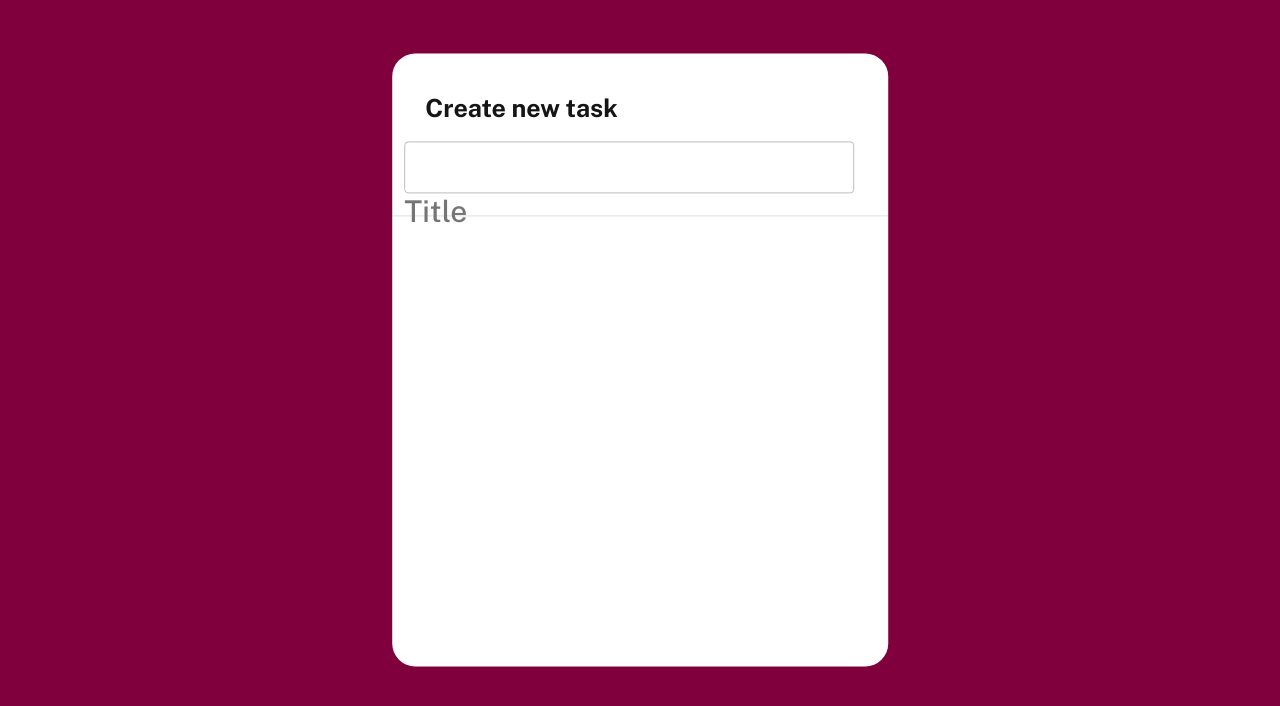
Repository: MorgunovaAlexandra/verstka-form
Page: index.html
These files come from the project's save history. The page is drawn as it stood at one moment and after a run of saves; the edit follows.
The browser window is 1280 px wide. The pictures show the whole page.
The style sheet was rebuilt from its Sass, Less or Tailwind sources for each picture, by a compiler version that may differ from the author's.

Above is the page before, as saved 2022-06-24 12:28:08.

### index.html
<!DOCTYPE html>
<html lang="ru">
<head>
    <meta charset="UTF-8">
    <meta http-equiv="X-UA-Compatible" content="IE=edge">
    <meta name="viewport" content="width=device-width, initial-scale=1.0">
    <link rel="stylesheet" href="./css/style.css">
    <title>Document</title>
</head>
<body>
    <div class="wrapper">
       <form class="form">
           <div class="fieldset">
            <legend><b>Create new task</b></legend>
            <div class="text-field">
                <input class="text-field__input" type="text" name="firstname" id="firstname"
                >
                <label class="text-field__label" for="username">Title</label>
              </div>
           </div>
        </form>
    </div>
</body>
</html>

### scss/style.scss
@import "variables";
@import "mixins";
@import url('https://fonts.googleapis.com/css2?family=Public+Sans:wght@500;700&display=swap');
body {
   @include vov(rgb(128, 0, 62));
   font-family:$fontFamily ;
   font-weight: $fontWaight;
   line-height: $lineHeight;
   color:$ColorGrey;
}
.form{
    width: 495.55px;
    height: 613.21px;
    background-color: white;
    border-radius: 23px;
     box-sizing: border-box;
    position: fixed; top: 50%; left: 50%;
    -webkit-transform: translate(-50%, -50%);
    -ms-transform: translate(-50%, -50%);
    transform: translate(-50%, -50%);
}
legend{
    margin-top: 40px;
    margin-left: 31px;
    font-weight: 700;
    font-size: 25px;
    color:$ColorBlack;
}
.text-field{
    position: relative;
    border: none;
      border-bottom: 1px solid #bdbdbd;
      border-radius: 0;
      border-top-left-radius: 0.25rem;
      border-top-right-radius: 0.25rem;
      height: calc(3.5rem + 2px);
      line-height: 1.25;
      padding: 1rem 0.75rem;

      &:focus {
        outline: 0;
        border-bottom: 1px solid #03a9f4;
        box-shadow: none;
        background-color: #eee;
      }
}
.text-field__input{
    display: block;
      width: 90%;
      height: calc(2.25rem + 2px);
      padding: 0.375rem 0.75rem;
      font-family: inherit;
      font-size: 1rem;
      font-weight: 400;
      line-height: 1.5;
      color: #212529;
      background-color: #fff;
      background-clip: padding-box;
      border: 1px solid #bdbdbd;
      border-radius: 0.25rem;
      transition: border-color 0.15s ease-in-out, box-shadow 0.15s ease-in-out;
    }
.text-field__label{
    display: block;
}

### scss/variables.scss
$bgColor: green;
$fontFamily:'Public Sans', sans-serif;
$fontWaight:500;
$lineHeight:31.86px;
$ColorBlack:#151515;
$ColorGrey:#757575;

### scss/mixins.scss
@mixin vov($color) {
    font-size: 30px;
    background-color:$color ;
}

After the next 2 saves:
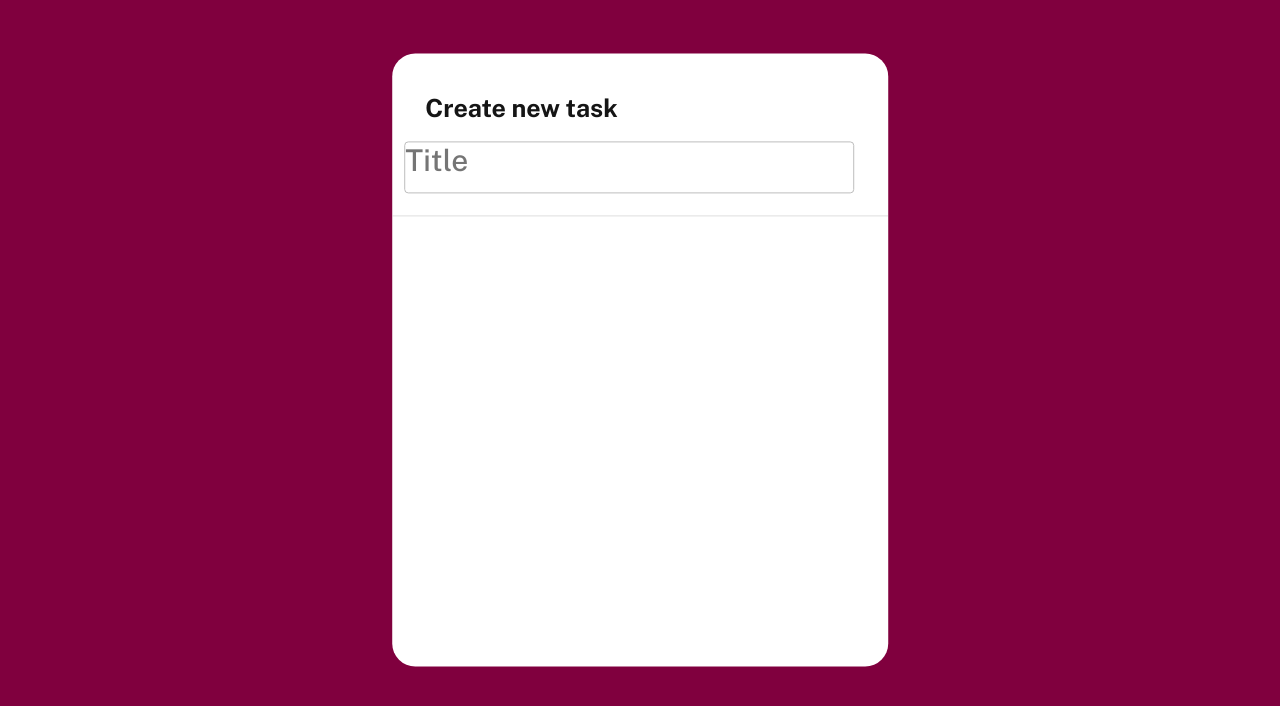
The 2 saves are shown as one change because they came seconds apart.
The last was saved 30 s later.
--- a/scss/style.scss
+++ b/scss/style.scss
@@ -62,4 +62,13 @@ legend{
     }
 .text-field__label{
     display: block;
+    position: absolute;
+      top: 0;
+      left: 0;
+      height: 100%;
+      padding: 1rem .75rem;
+      pointer-events: none;
+      border: 1px solid transparent;
+      transform-origin: 0 0;
+      transition: color .15s ease-in-out, transform .15s ease-in-out;
 }
